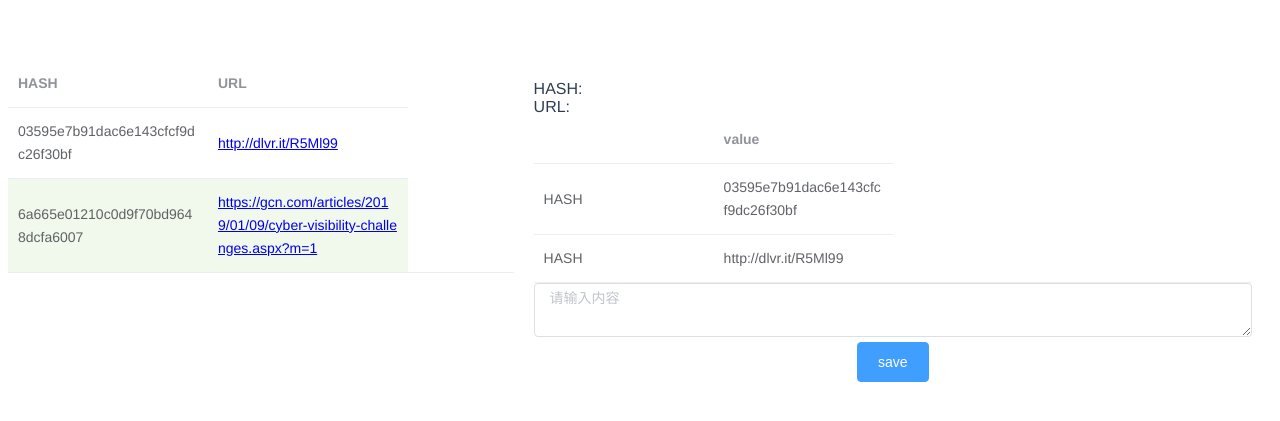
Repository: NicoleGX/TI
Page: /
These files come from the project's save history. The page is drawn as it stood at one moment and after the next save; the edit follows.
The browser window is 1280 px wide. The pictures show the whole page.
The project was rebuilt for these pictures with package versions that can differ from the ones it lists, and the page was loaded fresh each time.

Above is the page before, as saved 2019-05-28 20:08:36.

After the next save:
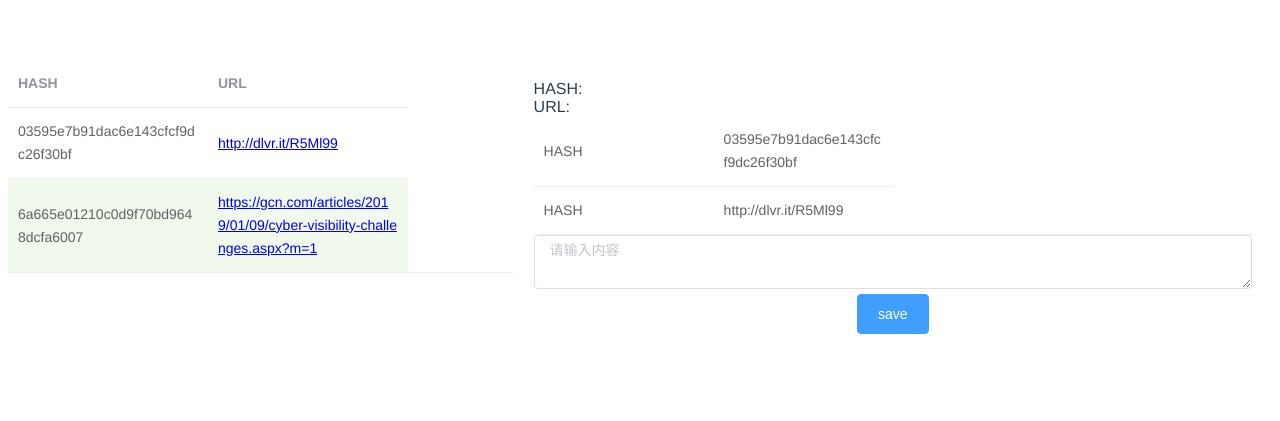
Saved 4 s later.
--- a/src/views/TextClassification.vue
+++ b/src/views/TextClassification.vue
@@ -31,7 +31,7 @@
       </div>
       <el-table
         :data="formData"
-        show-header="false"
+        :show-header="false"
         style="width: 100%">
         <el-table-column
           width="180">HASH</el-table-column>
